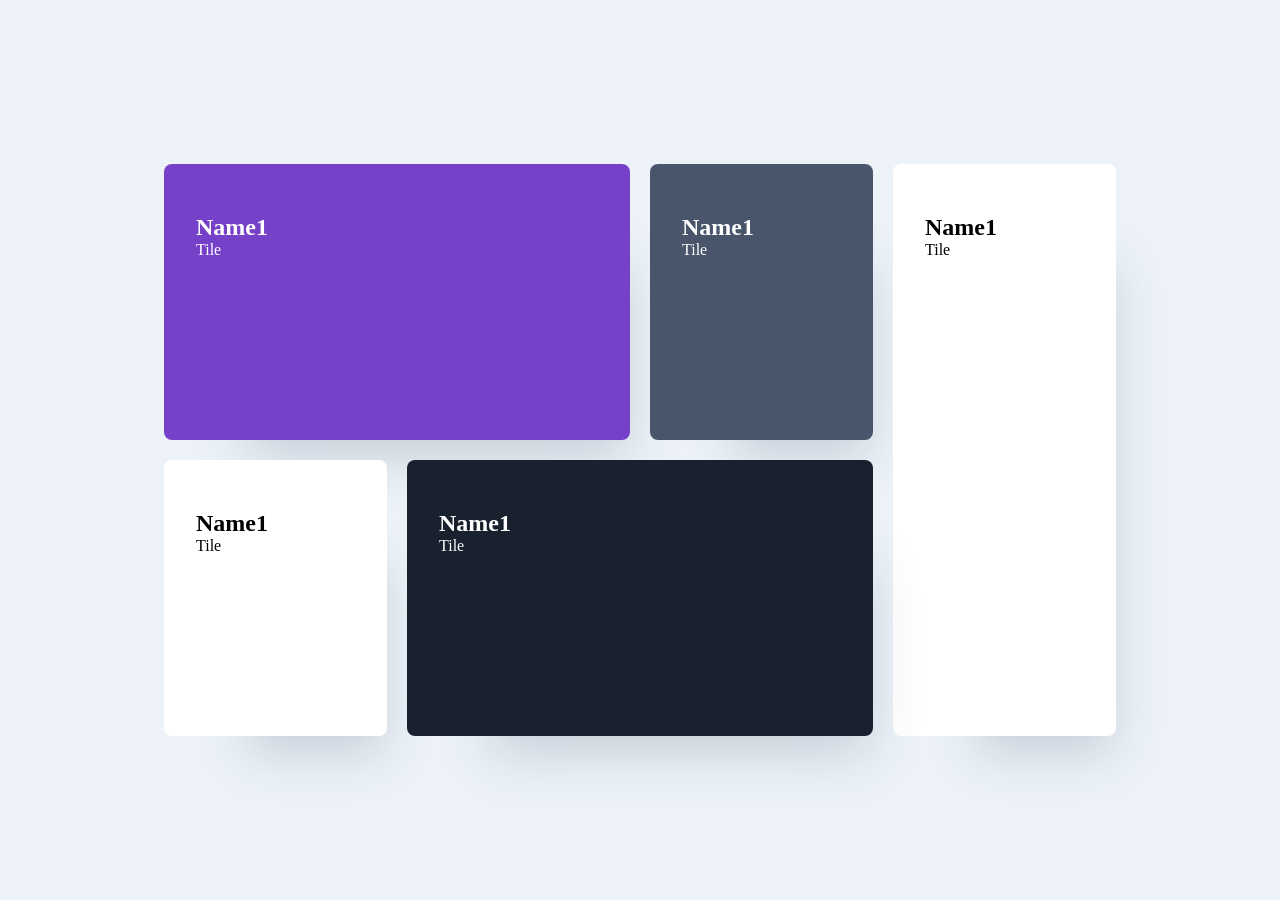
Repository: brandontaylor1/testimonial-card
Page: index.html
The author's editor kept a copy of each file at every save. The page is drawn from the files as they stood at one save, then again after the next save.
The browser window is 1280 px wide. The pictures show the whole page.

Above is the page before, as saved 2025-01-10 23:28:33.

After the next save:
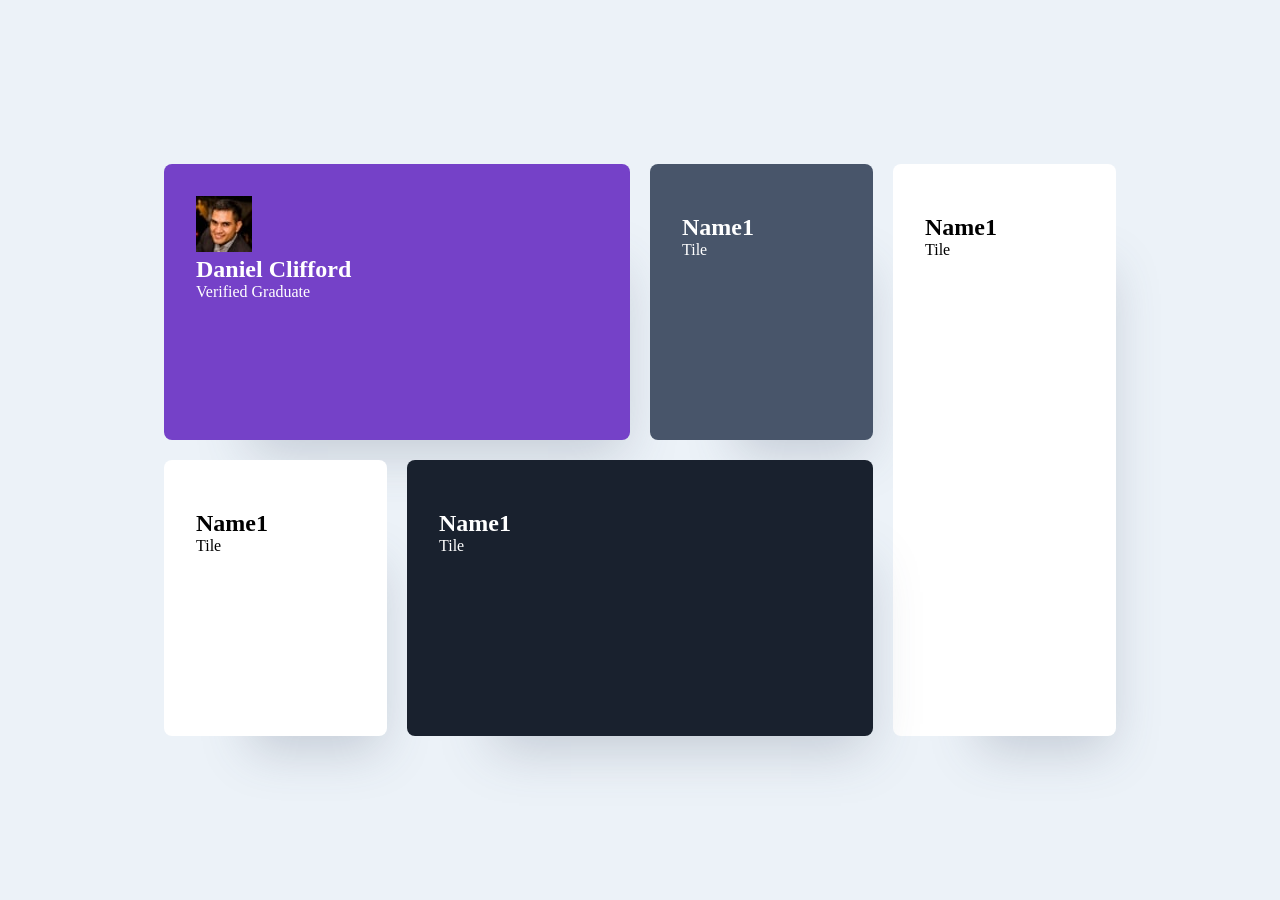
Saved 2 min 1 s later.
--- a/index.html
+++ b/index.html
@@ -14,10 +14,10 @@
         <main class="testimonial-grid">
             <div class="card" id="card-1">
                 <div class="profile-content">
-                    <img src="" alt="" class="profile-img">
+                    <img src="./assets/images/image-daniel.jpg" alt="profile image" class="profile-img">
                     <div class="profile-text">
-                        <h2>Name1</h2>
-                        <p>Tile</p>
+                        <h2 class="profile-text-name">Daniel Clifford</h2>
+                        <p class="profile-text-title">Verified Graduate</p>
                     </div>
                 </div>
                 <h1 class="card-heading"></h1>
